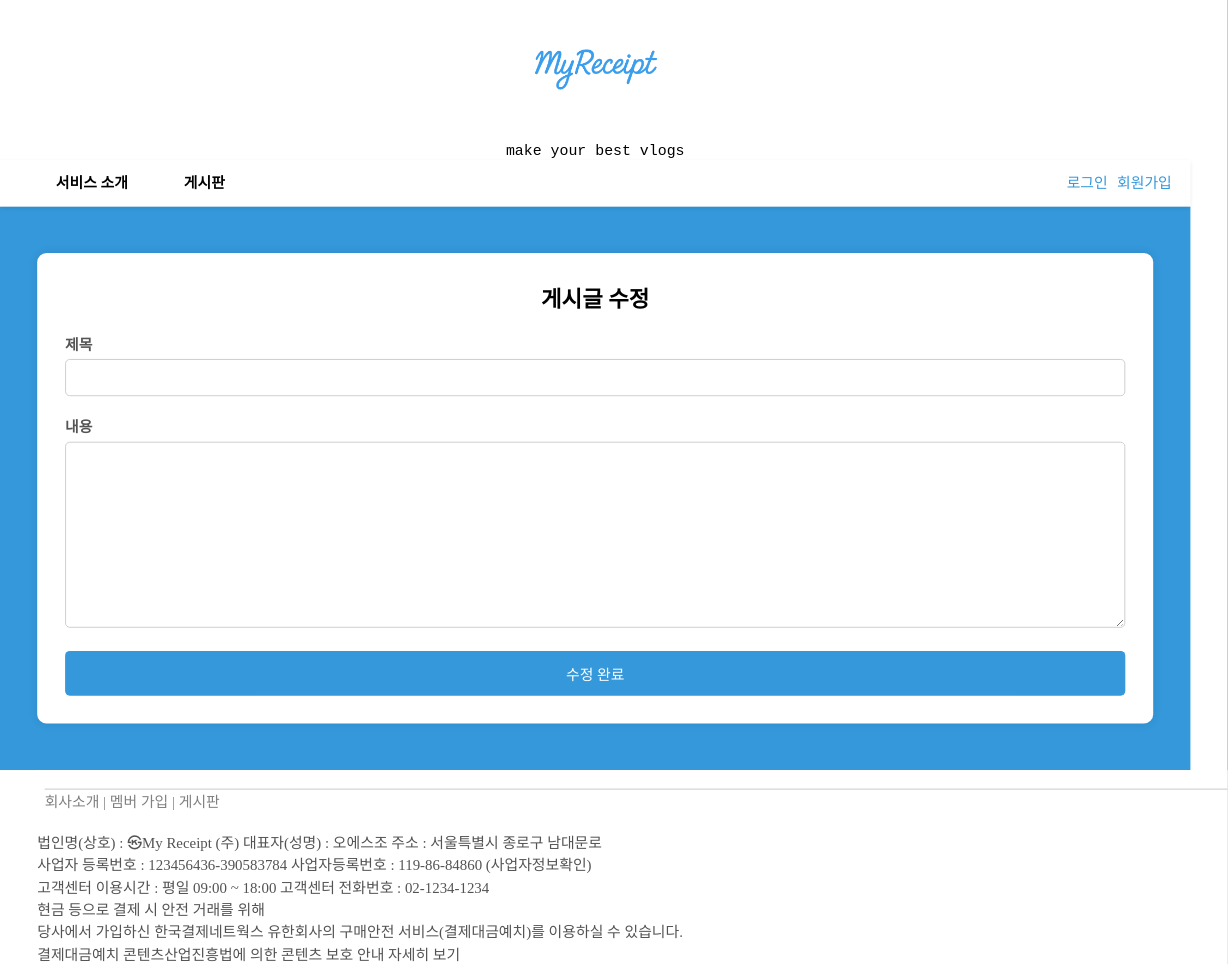
Repository: shong69/mini-project
Page: http://localhost/myReceipt2/WEB-INF/views/update.jsp
These files come from the project's save history. The page is drawn as it stood at one moment and after the next save; the edit follows.
The browser window is 1280 px wide. The page is 1320 px wide, so the pictures cover 1320 px, including what lies to the right of the window. The pictures show the whole page, at 93% of full size.
Some web fonts or font styles are not loaded; a fallback is used. The page is served by Tomcat 10. Nobody is signed in. Other server files are loaded and not shown. The template is opened directly, without the code that normally fills it, so the values that code supplies are empty.

Above is the page before, as saved 2025-05-06 20:08:27.

### jspProject/myReceipt2/src/main/webapp/WEB-INF/views/update.jsp
<%@ page language="java" contentType="text/html; charset=UTF-8"
    pageEncoding="UTF-8"%>
<%@ taglib prefix="c" uri="http://java.sun.com/jsp/jstl/core" %>
<!DOCTYPE html>
<html>
<head>
<meta charset="UTF-8">
<title>Insert title here</title>
<link rel="stylesheet" type="text/css" href="resources/css/main.css">
<style>
.update-form {
    width: 1200px;
    margin: 50px auto;
    padding: 30px;
    background-color: #fff;
    border-radius: 10px;
    box-shadow: 0 0 10px rgba(0,0,0,0.1);
    font-family: 'Segoe UI', sans-serif;
}

.update-form h2 {
    text-align: center;
    margin-bottom: 20px;
}

.update-form label {
    display: block;
    margin-bottom: 5px;
    font-weight: bold;
    color: #555;
}

.update-form input[type="text"],
.update-form textarea {
    width: 100%;
    padding: 10px;
    margin-bottom: 20px;
    border-radius: 5px;
    border: 1px solid #ccc;
    font-size: 16px;
}

.update-form textarea {
    min-height: 200px;
    resize: vertical;
}

.update-form button {
    width: 100%;
    padding: 12px;
    background-color: #3498db;
    color: white;
    border: none;
    border-radius: 5px;
    font-size: 16px;
    cursor: pointer;
}

.update-form button:hover {
    background-color: #2980b9;
}
</style>
<script type="text/javascript" src="resources/js/jquery-3.1.1.min.js"></script>
</head>
<body>
    <jsp:include page="/WEB-INF/views/common/header.jsp"></jsp:include>
    <main>
        <form action="/myReceipt2/update" method="post" class="update-form">
	    	<h2>게시글 수정</h2>
	    	<input type="hidden" name="id" value=${post.id}/>

	    	<label for="title">제목</label>
		    <input name="title" type="text" id="title" value="${post.title}" required/>

	    	<label for="content">내용</label>
	        <textarea name="content" id="content" required>${post.content}</textarea>

	        <button type="submit">수정 완료</button>
	    </form>
    </main>
    <jsp:include page="/WEB-INF/views/common/footer.jsp"></jsp:include>
</body>
</html>

### jspProject/myReceipt2/src/main/webapp/WEB-INF/views/common/header.jsp
<%@ page language="java" contentType="text/html; charset=UTF-8"
    pageEncoding="UTF-8"%>
<%@ taglib prefix="c" uri="http://java.sun.com/jsp/jstl/core" %>
	<div id="header">
		<a href="/myReceipt2/index"><img src="resources/imgs/logo.png" style="width:150px;"/></a>
		<p style="font-family: 'Courier New', Courier, monospace;">make your best vlogs</p>
	</div>
	<div id="nav-bar">
		<div id="menu">
			<a href="/myReceipt2/intro">서비스 소개</a>
			<a href="/myReceipt2/board">게시판</a>
		</div>
		<div id="loginSt">
			<c:choose>
				<c:when test="${not empty sessionScope.loginMember}">
					<p>${sessionScope.loginMember.nickName}님이 로그인 중</p>
					<a href="/myReceipt2/logout">로그아웃</a>

				</c:when>
				<c:otherwise>
					<a href="/myReceipt2/login">로그인</a>
					<a href="/myReceipt2/sign">회원가입</a>
				</c:otherwise>
			</c:choose>
		</div>

	</div>

### jspProject/myReceipt2/src/main/webapp/WEB-INF/views/common/footer.jsp
<%@ page language="java" contentType="text/html; charset=UTF-8"
    pageEncoding="UTF-8"%>
	<footer class="footer">
	    <section>
	        <div class="footer-nav">
	            <a href="/">회사소개 |</a>
	            <a href="/signup">멤버 가입 |</a>
	            <a href="/">게시판</a>
	        </div>
	    </section>
	    <section>
	        <div>
	            법인명(상호) : ㉿My Receipt (주) 대표자(성명) : 오에스조 주소 : 서울특별시 종로구 남대문로 <br>
	            사업자 등록번호 : 123456436-390583784  사업자등록번호 : 119-86-84860 (사업자정보확인)<br>
	            고객센터 이용시간 : 평일 09:00 ~ 18:00  고객센터 전화번호 : 02-1234-1234
	        </div>

	        <div>
	            현금 등으로 결제 시 안전 거래를 위해<br>
	            당사에서 가입하신 한국결제네트웍스 유한회사의 구매안전 서비스(결제대금예치)를 이용하실 수 있습니다.<br>
	            결제대금예치 콘텐츠산업진흥법에 의한 콘텐츠 보호 안내 자세히 보기
	        </div>
	    </section>
	</footer>

### jspProject/myReceipt2/src/main/webapp/resources/css/main.css
* {
	box-sizing: border-box;
	padding: 0;
	margin: 0;
	font-family: 'main';
}
/* 메인 폰트 */
@font-face {
	font-family: 'main';
	src:
		url('https://fastly.jsdelivr.net/gh/Project-Noonnu/noonfonts_2107@1.1/Pretendard-Regular.woff')
		format('woff');
	font-style: normal;
	font-weight: 400;
}

/*header*/
#header {
	width: 100%;
	text-align: center;
}

#header>div:first-child {
	margin-bottom: 15px;
}

#nav-bar {
	line-height: 50px;
	height: 50px;
	position: sticky;
	top: 0;
	left: 0;
	background-color: white;
	z-index: 1000;
	box-shadow: 0 2px 5px rgba(0, 0, 0, 0.1);
	display:flex;
	flex-direction:row;
}

#loginSt {
	margin-left:auto;
	margin-right:20px;
	display:flex;
	flex-direction:row;
}

#loginSt a {
	margin-left: 10px;
	color: #3498db;
	text-decoration: none;
}

#menu {
	margin-left:40px;
	display: flex;
	gap: 20px;
}

#menu a {
	text-decoration: none;
	color: black;
	font-weight: bold;
	padding: 0 20px;
	border-radius:15px;
	position: relative;
	overflow: hidden;
	transition: background-color 0.5s ease;
}

#menu a:hover {
	background-color: #335085;
	animation-duration: 2s;
	color: whitesmoke;
}

main {
	background-color: #3498db;
	display: flex;
	flex-direction: column;
	align-items: center;
	min-height:500px;
}

.section-title {
	font-size: 3.5rem;
	margin: 100px 0 70px 0;
}

#carousel {
	width: 90%;
	height: 300px;
	background-color: #ddd;
	margin-top: 20px;
}
/*footer*/
.footer {
	background-color: white;
	width: 100%;
	height: auto;
	display: flex;
	flex-direction: column;
	padding-top: 20px;
	margin: 0 40px;
}

.footer>section:first-child {
	border-top: 1px solid #c5c5c5;
	display: flex;
	flex-direction: row;
	margin-left: 8px;
}

.footer>section a {
	color: gray;
	text-decoration: none;
}

.footer>section:nth-child(2) {
	padding-top: 20px;
	color: rgb(83, 83, 83);
}

Loaded but not shown: jspProject/myReceipt2/src/main/webapp/resources/js/jquery-3.1.1.min.js (library)

After the next save:
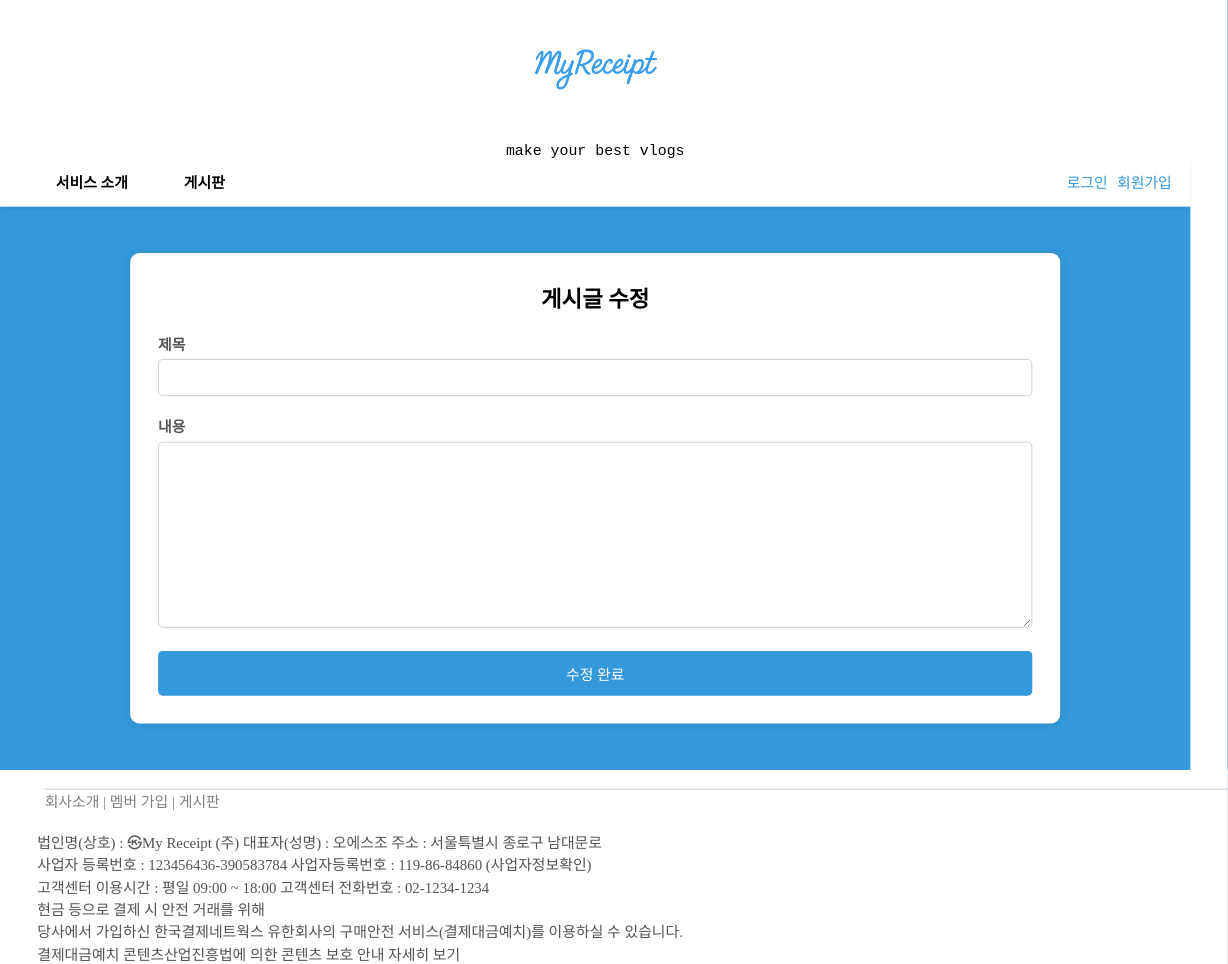
Saved 7 s later.
--- a/jspProject/myReceipt2/src/main/webapp/WEB-INF/views/update.jsp
+++ b/jspProject/myReceipt2/src/main/webapp/WEB-INF/views/update.jsp
@@ -9,7 +9,7 @@
 <link rel="stylesheet" type="text/css" href="resources/css/main.css">
 <style>
 .update-form {
-    width: 1200px;
+    width: 1000px;
     margin: 50px auto;
     padding: 30px;
     background-color: #fff;
